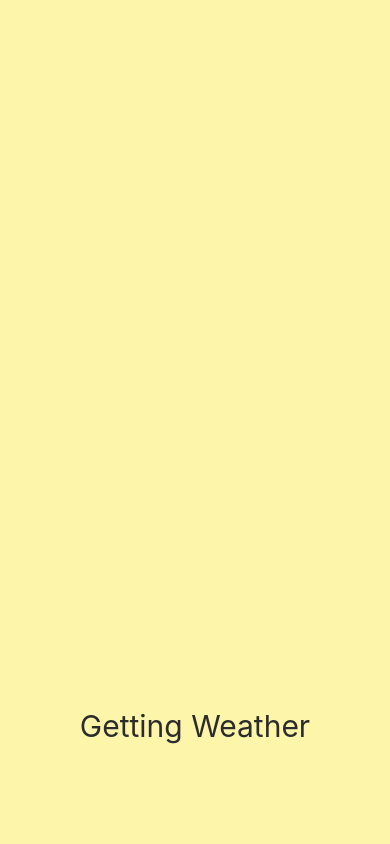
Repository: Exchallenger/Weather-app
Screen: /
These files come from the project's save history. The screen is drawn as it stood at one moment and after the next save; the edit follows.
The app was drawn by React Native's web renderer in a window 390 px wide. The project was rebuilt for these pictures with package versions that can differ from the ones it lists, and the page was loaded fresh each time. Also part of the build but not shown: weather.js.

Above is the screen before, as saved 2021-01-15 15:21:24.

### App.js
import { StatusBar } from 'expo-status-bar';
import {Alert} from "react-native";
import React, { useEffect, useState } from 'react';
import Loading from './loading';
import * as Location from 'expo-location';
import axios from 'axios';
import Weather from './weather';

const API_KEY = "9e0bfa2c5f6975bf6890d7892b8f2c06";
// api.openweathermap.org/data/2.5/weather?lat=35.544829899999996&lon=129.3517382&appid=9e0bfa2c5f6975bf6890d7892b8f2c06

const App = (props) => {
  const [isLoading, setIsLoading] = useState(true);
  const [temp, setTemp] = useState();
  const [nowweather, setNowWeather] = useState();
  const [city, setCity] = useState();


  // const weathers = ['Thunderstorm','Dizzle','Rain','Snow','Atmosphere','Clear','Clouds','Haze','Mist','Dust'];

  const getWeather = async(latitude, longitude) =>{
      const {data} = await axios.get(
        `https://api.openweathermap.org/data/2.5/weather?lat=${latitude}&lon=${longitude}&appid=${API_KEY}&units=metric`);
        setIsLoading(true);
        const ntemp = data.main.temp;
        setTemp(ntemp);
        const nweather = data.weather[0].main;
        setNowWeather(nweather);
        const ncity = data.name;
        setCity(ncity);
  };
  const getLocation = async() =>{
    try{
      await Location.requestPermissionsAsync();
      const {coords : {latitude, longitude}} = await Location.getCurrentPositionAsync();
      getWeather(latitude, longitude);
    }catch(error){
      Alert.alert("Cat find you", "so sad");
    }}
  useEffect(()=>{
    getLocation();
  },[isLoading]);


  return (isLoading ? <Loading/> : <Weather temp={temp} weather={nowweather} city={city}/>);
};

export default App;

//Math.round(temp)

### loading.js
import React,{Component} from 'react';
import {StyleSheet, Text, View} from "react-native";

export default function Loading(){
    return(
    <View style={styles.container}>
        <View style={styles.load}></View>
        <View style={styles.texts}><Text style={styles.text}>Getting Weather</Text></View>
    </View>);
}

const styles = StyleSheet.create({
    container:{
        flex:1,
        justifyContent:"space-between",
        alignItems:"center",
        paddingHorizontal:30,
        paddingVertical:100,
        backgroundColor:"#FDF6AA"
    },
    texts:{
        flex:9,
        justifyContent:"flex-end",
        alignItems:"flex-end",
    },
    text:{
        color:"#2c2c2c",
        fontSize:30,
    },
    load:{
        position:"absolute",
        width:66,
        backgroundColor:'red',
        borderRadius:50,
    }
});

After the next save:
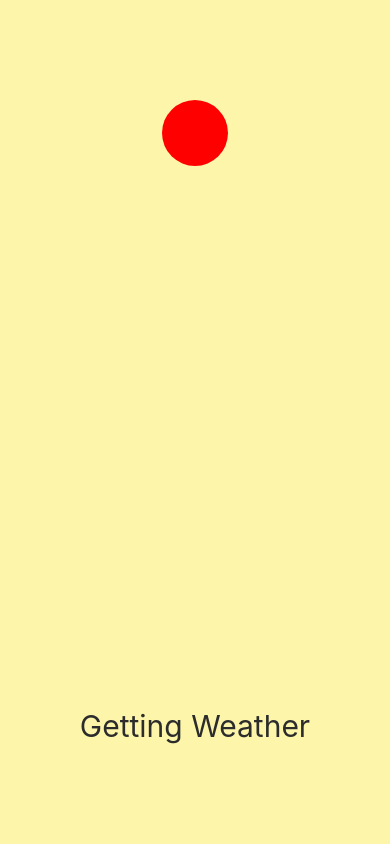
Saved 8 s later.
--- a/loading.js
+++ b/loading.js
@@ -29,6 +29,7 @@ const styles = StyleSheet.create({
     },
     load:{
         position:"absolute",
+        height:66,
         width:66,
         backgroundColor:'red',
         borderRadius:50,
